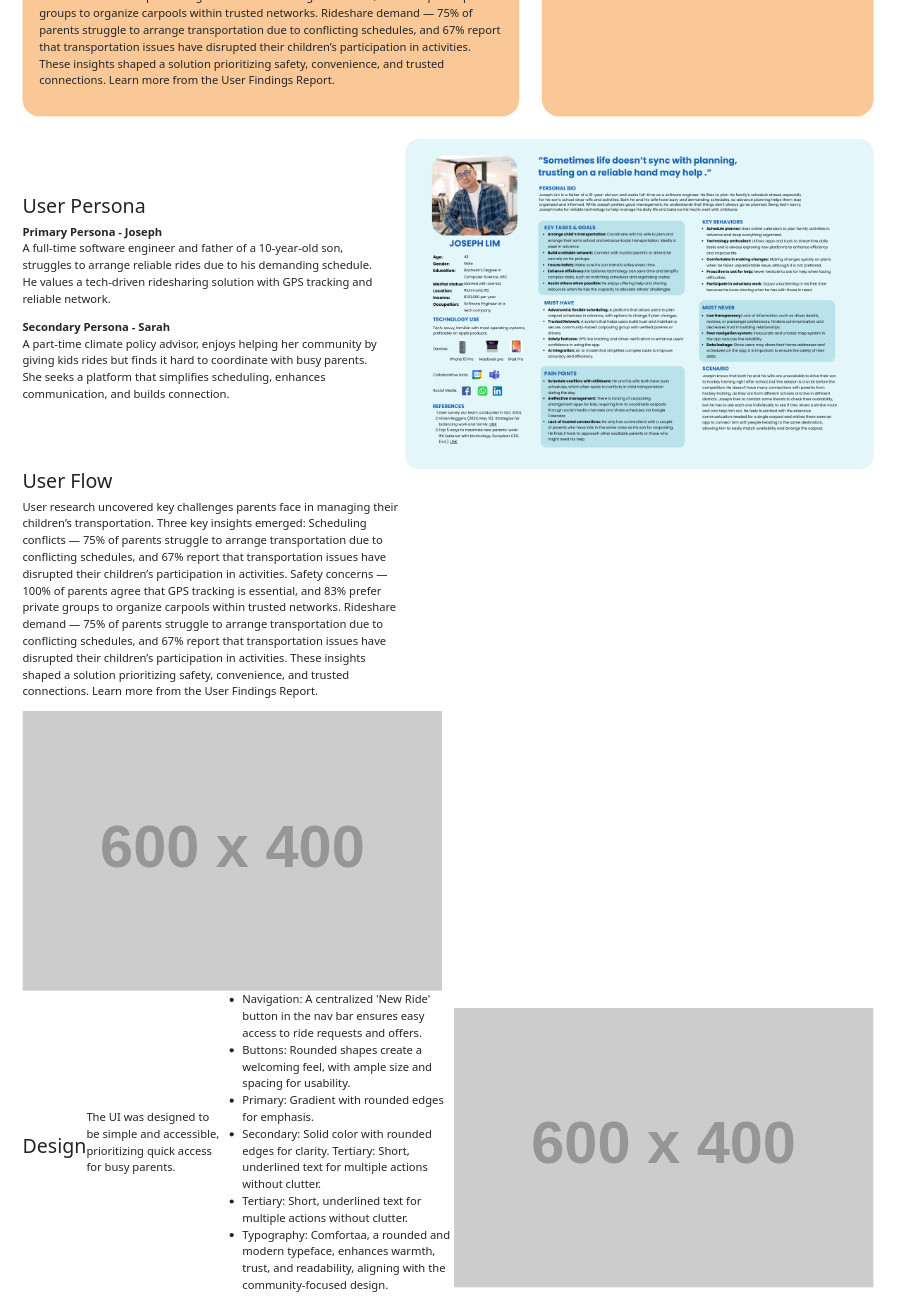
Repository: Vanessahyc/vanessa-portfolio
Page: /relay
These files come from the project's save history. The page is drawn as it stood at one moment and after the next save; the edit follows.
The browser window is 1280 px wide. The page is 1312 px wide, so the pictures cover 1312 px, including what lies to the right of the window. The pictures show the part of the page from y = 818 to 2698 px (the page is 2698 px tall before and 2353 px after), at 70% of full size.
The project was rebuilt for these pictures with package versions that can differ from the ones it lists, and the page was loaded fresh each time. The framework's server and built-in components were replaced by stand-ins that run in the browser. Also part of the build but not shown: next.config.mjs.

Above is the page before, as saved 2025-02-09 16:49:46.

### src/app/layout.js
import { Geist, Geist_Mono } from "next/font/google";
import "./globals.css";
import 'bootstrap/dist/css/bootstrap.min.css'

const geistSans = Geist({
  variable: "--font-geist-sans",
  subsets: ["latin"],
});

const geistMono = Geist_Mono({
  variable: "--font-geist-mono",
  subsets: ["latin"],
});

export const metadata = {
  title: "Create Next App",
  description: "Generated by create next app",
};

export default function RootLayout({ children }) {
  return (
    <html lang="en">
      <body
        className={`${geistSans.variable} ${geistMono.variable} antialiased`}
      >
        {children}
      </body>
    </html>
  );
}

### src/app/relay/page.js
"use client";
import Header from "../../../components/Header";
import styles from "@/app/relay/Relay.module.css";
import Image from "next/image";
import { Swiper, SwiperSlide } from "swiper/react";
import { Navigation, Pagination, Autoplay } from "swiper/modules";
import "swiper/css";
import "swiper/css/navigation";
import "swiper/css/pagination";

export default function Relay() {
  return (
    <>
      <Header />
      <main className={styles.mainContainer}>
        <section className={styles.projectSection}>
          <img src="/relay-images/relay_landing.png" alt="relay app mockup" />
          <div className={styles.projectInfo}>
            <h2>Relay</h2>
            <h3>App Design</h3>
            <h4>Overview</h4>
            <p>
              Relay is Canada’s first ridesharing app for parents, designed to
              make it easy to arrange safe, reliable transportation for your
              children. Whether you’re a busy parent juggling a hectic schedule
              or a new immigrant seeking to expand your network, Relay connects
              you with trusted families in your community—no random drivers.
              With safety features such as GPS Tracking, Ride specific pins and
              Ai powered notifications, Relay is the app that parents trust.
            </p>
            <button>Visit our blog</button>
          </div>
        </section>
        <section className={styles.flexSection}>
          <div className={`${styles.leftBox} ${styles.bg}`}>
            <h3>User Research</h3>
            <p>
              User research uncovered key challenges parents face in managing
              their children’s transportation. Three key insights emerged:
              Scheduling conflicts — 75% of parents struggle to arrange
              transportation due to conflicting schedules, and 67% report that
              transportation issues have disrupted their children’s
              participation in activities. Safety concerns —100% of parents
              agree that GPS tracking is essential, and 83% prefer private
              groups to organize carpools within trusted networks. Rideshare
              demand — 75% of parents struggle to arrange transportation due to
              conflicting schedules, and 67% report that transportation issues
              have disrupted their children’s participation in activities. These
              insights shaped a solution prioritizing safety, convenience, and
              trusted connections. Learn more from the User Findings Report.
            </p>
          </div>
          <div className={`${styles.rightBox} ${styles.bg}`}>
            <h3>Solution</h3>
            <p>
              Relay is an AI-powered ridesharing platform that connects parents
              within trusted communities, simplifying transportation with smart
              route matching, live GPS tracking, and real-time ride updates.
            </p>
          </div>
        </section>
        <section className={styles.subSection}>
          <div className={styles.subContainer}>
            <div className={styles.infoBox}>
              <h3>User Persona</h3>
              <figure>
                <figcaption>
                  <strong>Primary Persona - Joseph</strong>
                </figcaption>
                <p>
                  A full-time software engineer and father of a
                  10-year-old son, struggles to arrange reliable rides due to
                  his demanding schedule. He values a tech-driven ridesharing
                  solution with GPS tracking and reliable network.
                </p>
              </figure>
              <figure>
                <figcaption>
                  <strong>Secondary Persona - Sarah</strong>
                </figcaption>
                <p>
                  A part-time climate policy advisor, enjoys helping
                  her community by giving kids rides but finds it hard to
                  coordinate with busy parents. She seeks a platform that
                  simplifies scheduling, enhances communication, and builds
                  connection.
                </p>
              </figure>
            </div>
            <img className={styles.persona} src="/relay-images/primary_persona.png" alt="placeholder image" />
          </div>
          <div className={styles.infoBox}>
            <h3>User Flow</h3>
            <p>
              User research uncovered key challenges parents face in managing
              their children’s transportation. Three key insights emerged:
              Scheduling conflicts — 75% of parents struggle to arrange
              transportation due to conflicting schedules, and 67% report that
              transportation issues have disrupted their children’s
              participation in activities. Safety concerns —100% of parents
              agree that GPS tracking is essential, and 83% prefer private
              groups to organize carpools within trusted networks. Rideshare
              demand — 75% of parents struggle to arrange transportation due to
              conflicting schedules, and 67% report that transportation issues
              have disrupted their children’s participation in activities. These
              insights shaped a solution prioritizing safety, convenience, and
              trusted connections. Learn more from the User Findings Report.
            </p>
            <img src="https://placehold.co/600x400" alt="placeholder image" />
          </div>
        </section>
        <section>
          <div className={styles.subContainer}>
            <h3>Design</h3>
            <p>
              The UI was designed to be simple and accessible, prioritizing
              quick access for busy parents.
            </p>
            <ul>
              <li>
                Navigation: A centralized 'New Ride' button in the nav bar
                ensures easy access to ride requests and offers.
              </li>
              <li>
                Buttons: Rounded shapes create a welcoming feel, with ample size
                and spacing for usability.
              </li>
              <li>Primary: Gradient with rounded edges for emphasis.</li>
              <li>
                Secondary: Solid color with rounded edges for clarity. Tertiary:
                Short, underlined text for multiple actions without clutter.
              </li>
              <li>
                Tertiary: Short, underlined text for multiple actions without
                clutter.
              </li>
              <li>
                Typography: Comfortaa, a rounded and modern typeface, enhances
                warmth, trust, and readability, aligning with the
                community-focused design.
              </li>
            </ul>
            <img src="https://placehold.co/600x400" alt="placeholder image" />
          </div>
        </section>
      </main>
    </>
  );
}

### src/app/globals.css
:root {
  --background: #ffffff;
  --foreground: #171717;
  --font48px: 48px;
  --font32px: 32px;
  --font28px: 28px;
  --font20px: 20px;
  --font18px: 18px;
  --font16px: 16px;
  --font-bold: 700;
  --font-medium: 500;
  --font-regular: 400;

}

body {
  font-family: Montserrat, sans-serif;
}

### components/Header/index.js
import Image from "next/image";
import Link from 'next/link';
import styles from './Header.module.css'

export default function Header() {
  return (
    <nav className={`${styles.navbar}`}>
      <Image src='/images/Logo.svg' alt="Vanessa Huang Logo" width={60} height={60}/>
      <ul>
        <li><Link href="/">Home</Link></li>
        <li><Link href="/about">About</Link></li>
        <li><Link href="/contact">Contact</Link></li>
      </ul>
    </nav>
  );
}

### src/app/relay/Relay.module.css
.mainContainer {
    margin: 1em 2em;
}

.projectSection {
    display: flex;
    align-items: center;
}

.projectSection img {
    width: 60%;
    height: 100%;
    border-radius: 20px;
}

.projectInfo {
    width: 40%;
    padding: 2em;
}

.projectInfo h2 {
    font-size: var(--font48px);
    font-weight: var(--font-bold);
    margin: 0;
}

.projectInfo h3 {
    font-size: var(--font28px);
    font-weight: var(--font-regular);
    margin: 0;
}

.projectInfo h4 {
    font-size: var(--font20px);
    font-weight: var(--font-bold);
}

.projectInfo p {
    font-size: var(--font16px);
    font-weight: var(--font-regular);
}

.flexSection {
    display: flex;
    padding-top: 2rem;
}

.leftBox {
    width: 60%;
    margin-right: 2rem;
}

.rightBox {
    width: 40%;
}

.bg {
    background-color: rgb(249, 187, 125, 80%);
    border-radius: 25px;
    padding: 1.5rem;
}

.subSection {
    padding-top: 2rem;
}

.subContainer {
    display: flex;
    align-items: center;
}

.infoBox {
    width: 45%;
    margin-right: 2.5rem;
}

.persona {
    width: 55%;
    border-radius: 20px;
}

### components/Header/Header.module.css
.navbar {
    display: flex;
    justify-content: space-between;
    width: 100%;
    margin: 1em 2em;
}

.navbar ul {
    width: 30%;
    list-style: none;
    display: flex;
    justify-content: flex-end;
}

.navbar li {
    padding-right: 50px;
}

.navbar a {
    text-decoration: none;
    color: black;
    font-weight: var(--font-medium);
}

After the next save:
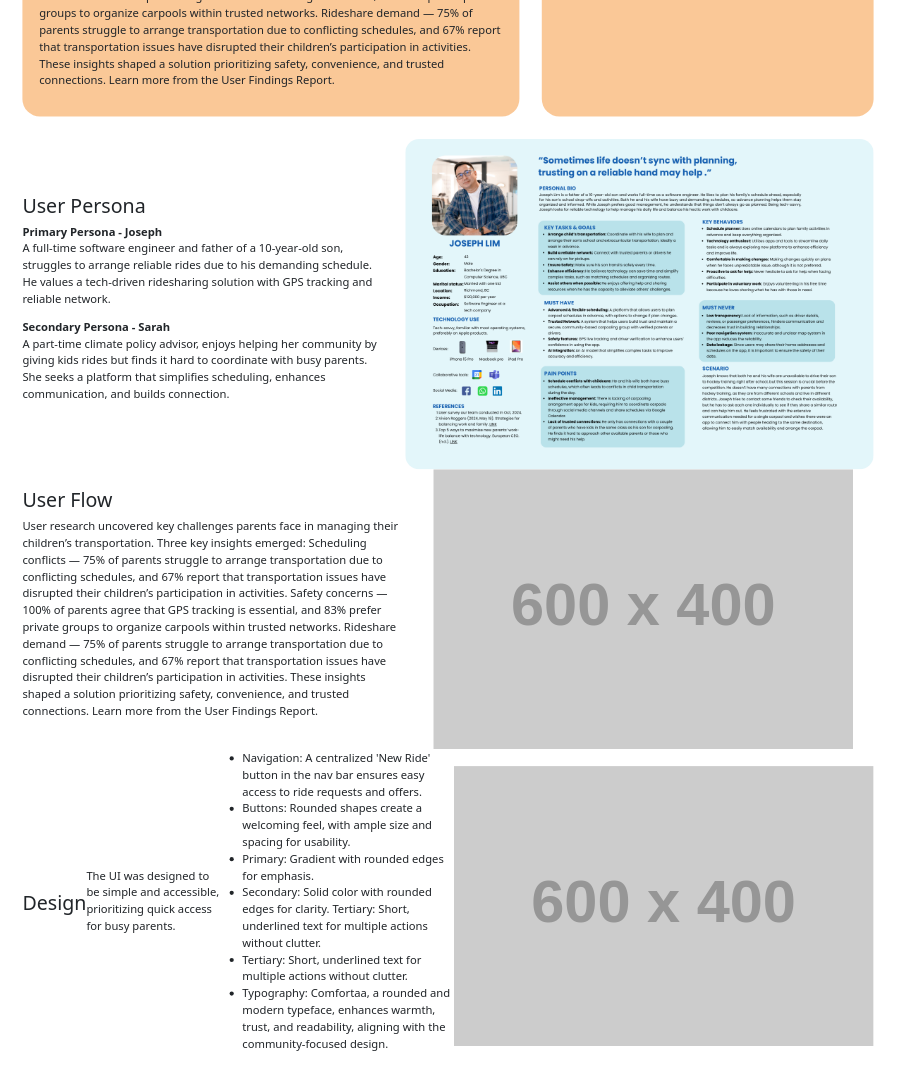
Saved 46 s later.
--- a/src/app/relay/page.js
+++ b/src/app/relay/page.js
@@ -89,23 +89,26 @@
             </div>
             <img className={styles.persona} src="/relay-images/primary_persona.png" alt="placeholder image" />
           </div>
-          <div className={styles.infoBox}>
-            <h3>User Flow</h3>
-            <p>
-              User research uncovered key challenges parents face in managing
-              their children’s transportation. Three key insights emerged:
-              Scheduling conflicts — 75% of parents struggle to arrange
-              transportation due to conflicting schedules, and 67% report that
-              transportation issues have disrupted their children’s
-              participation in activities. Safety concerns —100% of parents
-              agree that GPS tracking is essential, and 83% prefer private
-              groups to organize carpools within trusted networks. Rideshare
-              demand — 75% of parents struggle to arrange transportation due to
-              conflicting schedules, and 67% report that transportation issues
-              have disrupted their children’s participation in activities. These
-              insights shaped a solution prioritizing safety, convenience, and
-              trusted connections. Learn more from the User Findings Report.
-            </p>
+          <div className={styles.subContainer}>
+            <div className={styles.infoBox}>
+                <h3>User Flow</h3>
+                <p>
+                User research uncovered key challenges parents face in managing
+                their children’s transportation. Three key insights emerged:
+                Scheduling conflicts — 75% of parents struggle to arrange
+                transportation due to conflicting schedules, and 67% report that
+                transportation issues have disrupted their children’s
+                participation in activities. Safety concerns —100% of parents
+                agree that GPS tracking is essential, and 83% prefer private
+                groups to organize carpools within trusted networks. Rideshare
+                demand — 75% of parents struggle to arrange transportation due to
+                conflicting schedules, and 67% report that transportation issues
+                have disrupted their children’s participation in activities. These
+                insights shaped a solution prioritizing safety, convenience, and
+                trusted connections. Learn more from the User Findings Report.
+                </p>
+
+            </div>
             <img src="https://placehold.co/600x400" alt="placeholder image" />
           </div>
         </section>
